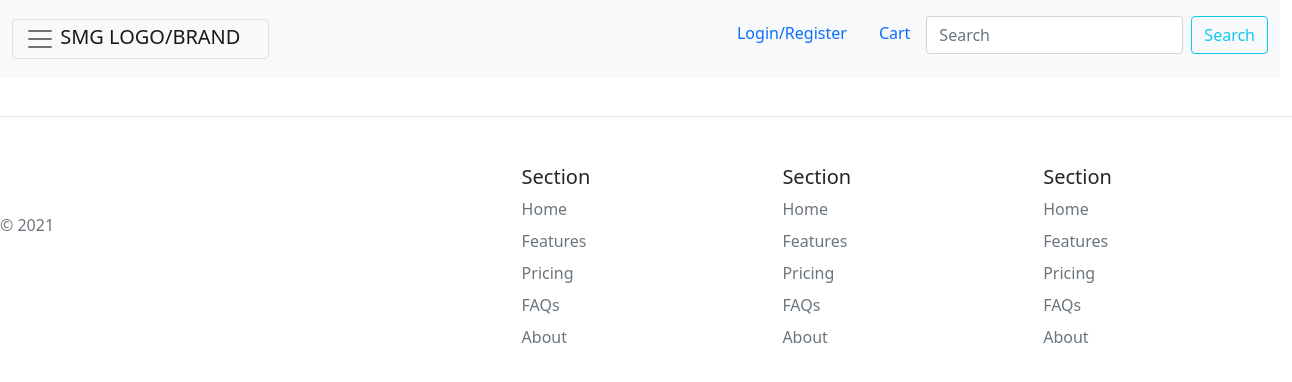
Repository: Tobias-1991/CST-339
Page: http://localhost/layouts/defaultLayout
An editor plug-in stored every save of this project. The page is shown before and after the next save, followed by the edit.
The browser window is 1280 px wide. The page is 1292 px wide, so the pictures cover 1292 px, including what lies to the right of the window. The pictures show the whole page.
The page is this project's Thymeleaf template; nobody is signed in. The template is opened directly, without the code that normally fills it, so the values that code supplies are empty.

Above is the page before, as saved 2022-03-20 02:18:33.

After the next save:
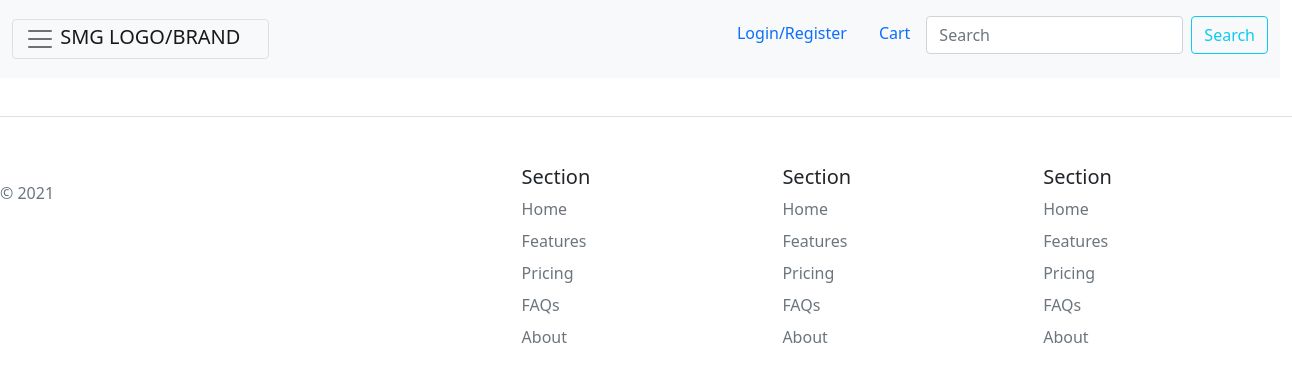
Saved 68 s later.
--- a/JavaProject/JavaProject/src/main/resources/templates/layouts/footer.html
+++ b/JavaProject/JavaProject/src/main/resources/templates/layouts/footer.html
@@ -1,7 +1,7 @@
 <footer th:fragment="footer" class="row row-cols-5 py-5 my-5 border-top">
     <div class="col">
       <a href="/" class="d-flex align-items-center mb-3 link-dark text-decoration-none">
-        <svg class="bi me-2" width="40" height="32"><use xlink:href="#bootstrap"></use></svg>
+        <i class="bi bi-bootstrap"></i>
       </a>
       <p class="text-muted">© 2021</p>
     </div>
